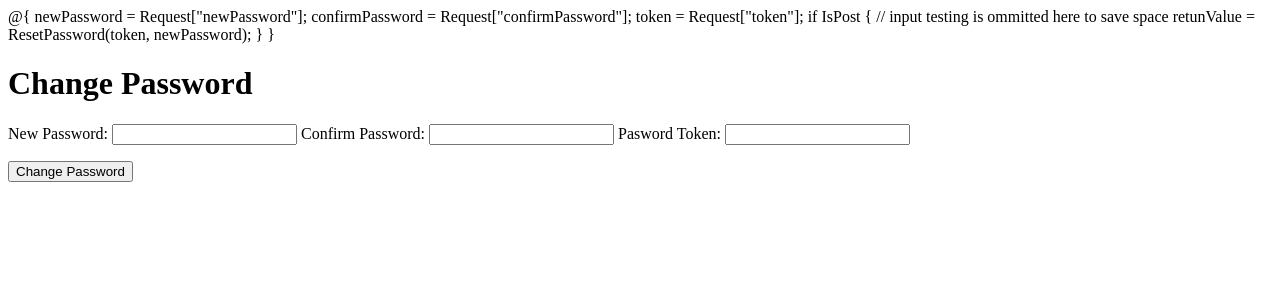
Repository: JohnRudolph1/Movie-Blog
Page: html/forgot.html
The author's editor kept a copy of each file at every save. The page is drawn from the files as they stood at one save, then again after a run of saves.
The browser window is 1280 px wide. The pictures show the whole page.

Above is the page before, as saved 2022-01-03 11:37:22.

### html/forgot.html
@{
    newPassword = Request["newPassword"];
    confirmPassword = Request["confirmPassword"];
    token = Request["token"];
    if IsPost
    {
        // input testing is ommitted here to save space
        retunValue = ResetPassword(token, newPassword);
    }
    }
    <h1>Change Password</h1>

    <form method="post" action="">

    <label for="newPassword">New Password:</label>
    <input type="password" id="newPassword" name="newPassword" title="New password" />

    <label for="confirmPassword">Confirm Password:</label>
    <input type="password" id="confirmPassword" name="confirmPassword" title="Confirm new password" />

    <label for="token">Pasword Token:</label>
    <input type="text" id="token" name="token" title="Password Token" />

    <p class="form-actions">
    <input type="submit" value="Change Password" title="Change password" />
    </p>

    </form>

After the next 2 saves:
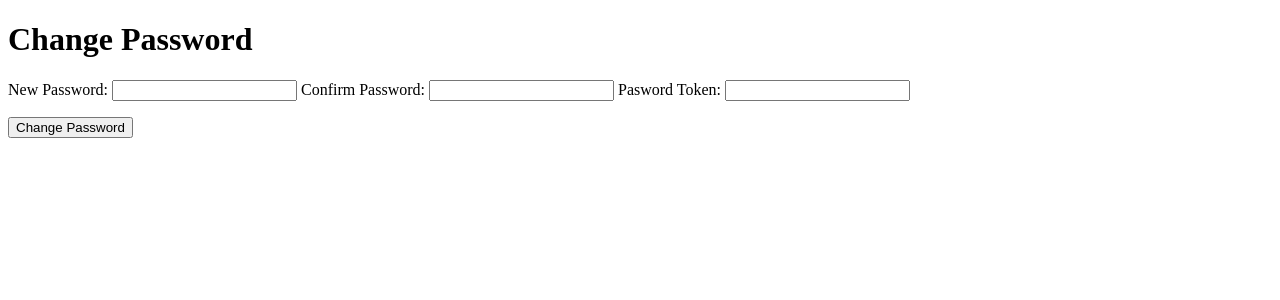
The 2 saves are shown as one change because they came seconds apart.
The last was saved 17 s later.
--- a/html/forgot.html
+++ b/html/forgot.html
@@ -1,13 +1,15 @@
-@{
-    newPassword = Request["newPassword"];
-    confirmPassword = Request["confirmPassword"];
-    token = Request["token"];
-    if IsPost
-    {
-        // input testing is ommitted here to save space
-        retunValue = ResetPassword(token, newPassword);
-    }
-    }
+<!DOCTYPE html>
+<html lang="en">
+<head>
+    <meta charset="UTF-8">
+    <meta http-equiv="X-UA-Compatible" content="IE=edge">
+    <meta name="viewport" content="width=device-width, initial-scale=1.0">
+    <title>Document</title>
+</head>
+<body>
+
+</body>
+</html>
     <h1>Change Password</h1>
 
     <form method="post" action="">
